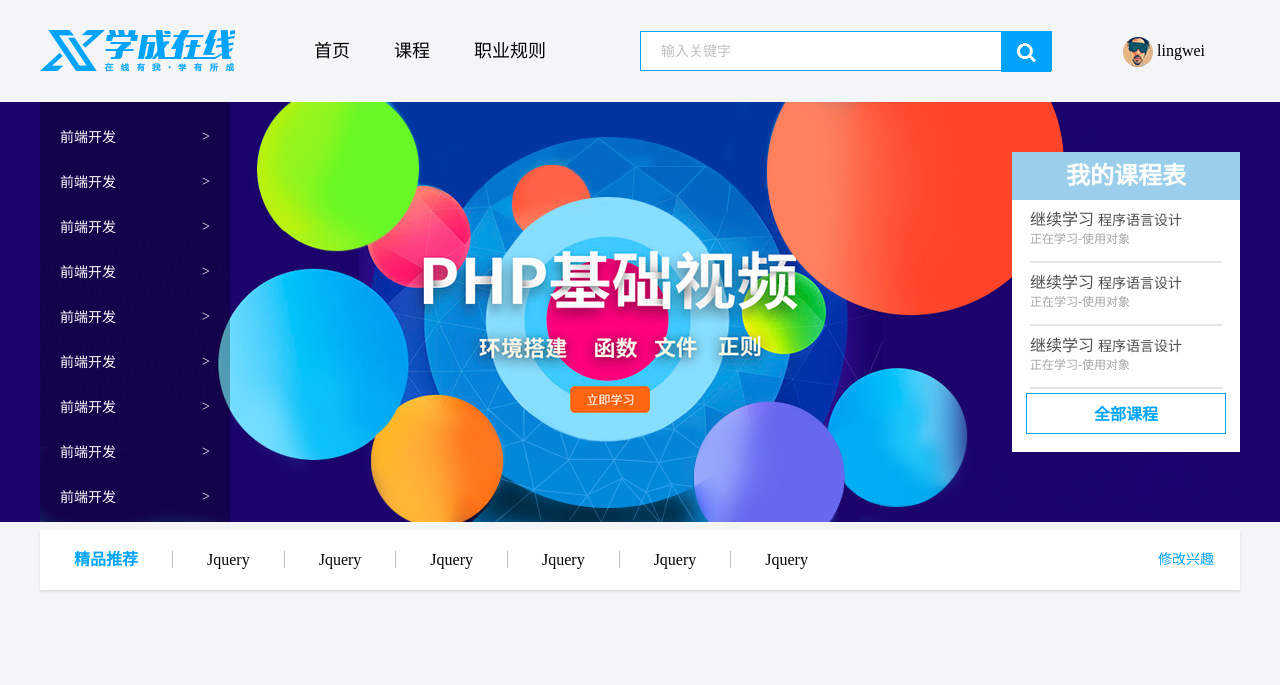
Repository: DengBiHua/xcdx
Page: index.html
An editor plug-in stored every save of this project. The page is shown before and after the next save, followed by the edit.
The browser window is 1280 px wide. The pictures show the whole page.

Above is the page before, as saved 2022-04-15 10:01:34.

After the next save:
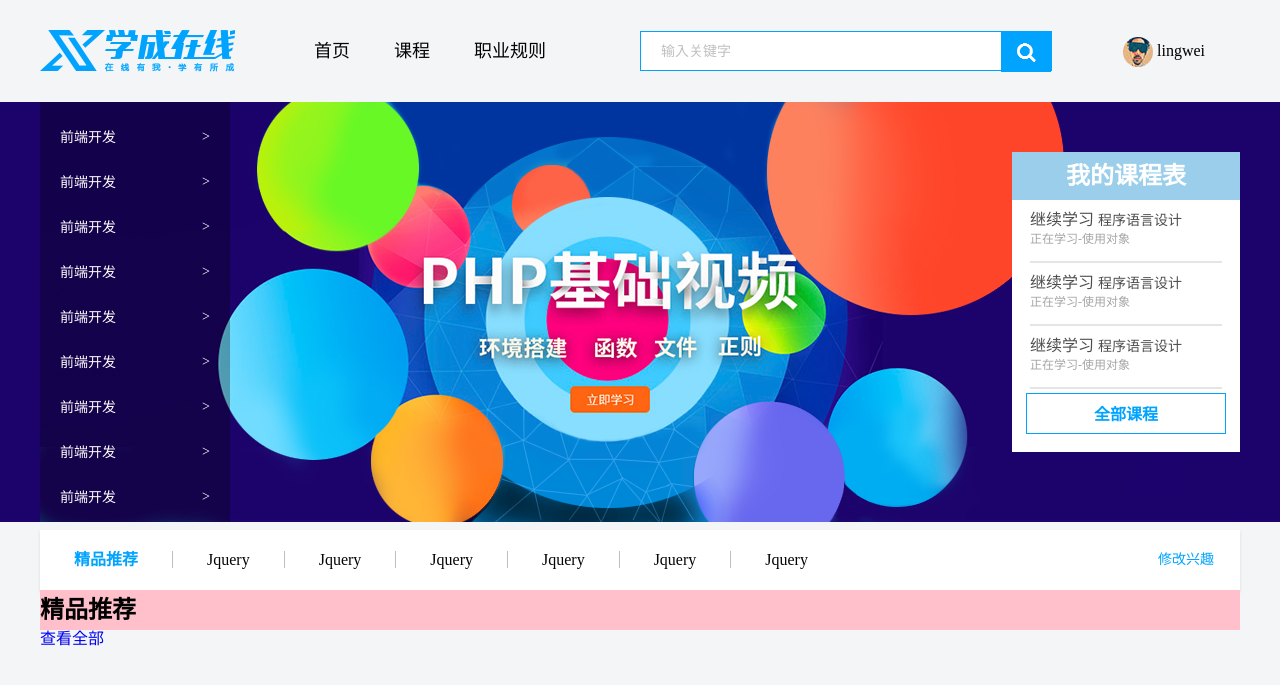
Saved 9 s later.
--- a/index.html
+++ b/index.html
@@ -91,5 +91,11 @@
         </ul>
         <a href="#" class="interest">修改兴趣</a>
     </div>
+    <div class="recommendDetail wrapper">
+        <div class="title">
+            <h2>精品推荐</h2>
+            <a href="#">查看全部</a>
+        </div>
+    </div>
 </body>
 </html>
